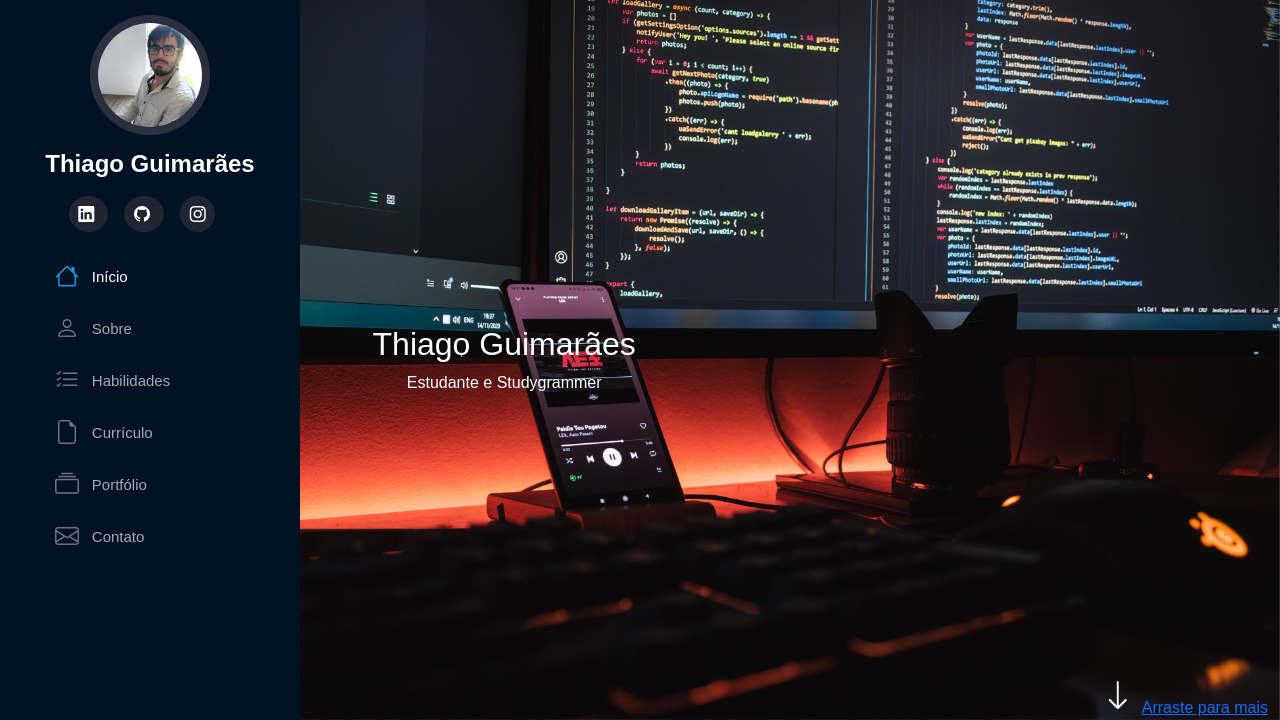
Repository: Rayago/projeto-portfolio
Page: http://localhost/
The author's editor kept a copy of each file at every save. The page is drawn from the files as they stood at one save, then again after the next save.
The browser window is 1280 px wide. The pictures show the whole page.
Some web fonts or font styles are not loaded; a fallback is used. The page is served by the project's application, run on Flask 3 (app.py).

Above is the page before, as saved 2022-07-12 17:27:27.

### templates/index.html
<!DOCTYPE html>
<html lang="pt-br">
<head>
    <meta charset="UTF-8">
    <meta http-equiv="X-UA-Compatible" content="IE=edge">
    <meta name="viewport" content="width=device-width, initial-scale=1.0">
    <link rel="stylesheet" href="../static/bootstrap/css/bootstrap.css">
    <link rel="stylesheet" href="../static/style.css">
    <link rel="icon" type="image/png" href="../static/img">
    <link rel="stylesheet" href="https://cdn.jsdelivr.net/npm/bootstrap-icons@1.8.3/font/bootstrap-icons.css">
    <title>Thiago Guimarães</title>
</head>
<body>

    <aside id="header">
        <section class="profile">
            <img src="../static/img/meu_perfil.jpg" alt="Foto Perfil"/>
            <h1>Thiago Guimarães</h1>
            <div class="social-links mt-4 text-center">
                <a target="_blank" href="https://www.linkedin.com/in/raymundo-thiago">
                    <i class="bi bi-linkedin"></i>
                </a>
                <a target="_blank" href="https://www.github.com/Rayago">
                    <i class="bi bi-github"></i>
                </a>
                <a target="_blank" href="https://www.instagram.com/estudatech">
                    <i class="bi bi-instagram"></i>
                </a>
            </div>
        </section>

        <nav id="navbar" class="nav-menu">
            <ul class="nav flex-column">
                <li class="nav-item">
                  <a class="nav-link active" aria-current="page" href="#"><i class="bi bi-house" aria-hidden="true"></i> Início</a>
                </li>
                <li class="nav-item">
                  <a class="nav-link" href="#"><i class="bi bi-person" aria-hidden="true"></i> Sobre</a>
                </li>
                <li class="nav-item">
                  <a class="nav-link" href="#"><i class="bi bi-list-check" aria-hidden="true"></i> Habilidades</a>
                </li>
                <li class="nav-item">
                    <a class="nav-link" aria-current="page" href="#"><i class="bi bi-file-earmark" aria-hidden="true"></i> Currículo</a>
                </li>
                <li class="nav-item">
                    <a class="nav-link" href="#"><i class="bi bi-collection" aria-hidden="true"></i> Portfólio</a>
                </li>
                <li class="nav-item">
                    <a class="nav-link" href="#"><i class="bi bi-envelope" aria-hidden="true"></i> Contato</a>
                </li>
              </ul>
        </nav>

    </aside>

    <main id="main">

        <section id="inicio" class="row m-0 p-0">
            <div class="col-md-5 d-flex justify-content-center align-items-center flex-column">
                <h2 class="text-white text-shadow">Thiago Guimarães</h2>
                <span id="subtitle" class="text-white text-shadow">Estudante e Studygrammer</span>
            </div>

            <div class="col-md-7 d-flex justify-content-end align-items-end">
                <i class="bi bi-arrow-down text-white pe-2 fs-2" aria-hidden="true"></i>
                <a href="">Arraste para mais</a>
            </div>
        </section>

    </main>

    <script src="../static/bootstrap/js/bootstrap.bundle.min.js"></script>
    <script src="../static/script.js"></script>
</body>
</html>

### app.py
from flask import Flask, render_template, redirect

app = Flask(__name__)

@app.route('/')
def index():
    return render_template('index.html')

if __name__ == '__main__':
    app.run(debug=True)

### static/style.css
@import url('https://fonts.googleapis.com/css2?family=Ubuntu:ital,wght@0,300;0,400;0,500;0,700;1,300;1,400;1,500;1,700&display=swap');

html, body {
    font-family: Ubuntu, Arial;
    width: 100%;
    height: 100%;
}

#header {
    position: fixed;
    top: 0;
    left: 0;
    bottom: 0;
    background: #021124;
    overflow-y: auto;
    width: 300px;
    transition: all ease-in-out 0.5s;
    padding: 0 15px;
    z-index: 9997;
}

#header .profile img {
    margin: 15px auto;
    display: block;
    width: 120px;
    border: 8px solid #2c2f3f;
    border-radius: 50%;
}

#header .profile h1 {
    font-size: 24px;
    margin: 0;
    padding: 0;
    font-weight: 600;
    text-align: center;
    color: white;
}

#header .profile .social-links a {
    font-size: 1rem;
    background: #212431;
    color: #fff;
    padding: 0.6rem;
    margin-right: 1rem;
    border-radius: 50%;
    transition: 0.3s;
    text-decoration: none;
}

#header .profile .social-links a:hover {
    background: #149ddd;
}

.nav-menu {
    padding: 1.5rem;
}

.nav-menu a,
.nav-menu a:focus {
    display: flex;
    align-items: center;
    color: #a8a9b4;
    transition: 0.3s;
    font-size: 15px;
}

.nav-menu a i,
.nav-menu a:focus i {
    font-size: 24px;
    padding-right: 0.8rem;
    color: #6f7180;
}

.nav-menu a:hover,
.nav-menu .active,
.nav-menu .active:focus,
.nav-menu li:hover > a {
    text-decoration: none;
    color: #fff;
}

.nav-menu a:hover i,
.nav-menu .active i,
.nav-menu .active:focus i,
.nav-menu li:hover > a i {
    color: #149ddd;
}

#main{
    margin-left: 300px;
}

section#inicio {
    background-image: url("./img/banner.jpg");
    background-repeat: no-repeat;
    background-size: cover;
    background-attachment: fixed;
    background-position: center;

    width: 100%;
    height: 100vh;
}


section#inicio h2{

}

Loaded but not shown: static/bootstrap/css/bootstrap.css (library); static/bootstrap/js/bootstrap.bundle.min.js (library); static/script.js (no stored copy; drawn as an empty file)

After the next save:
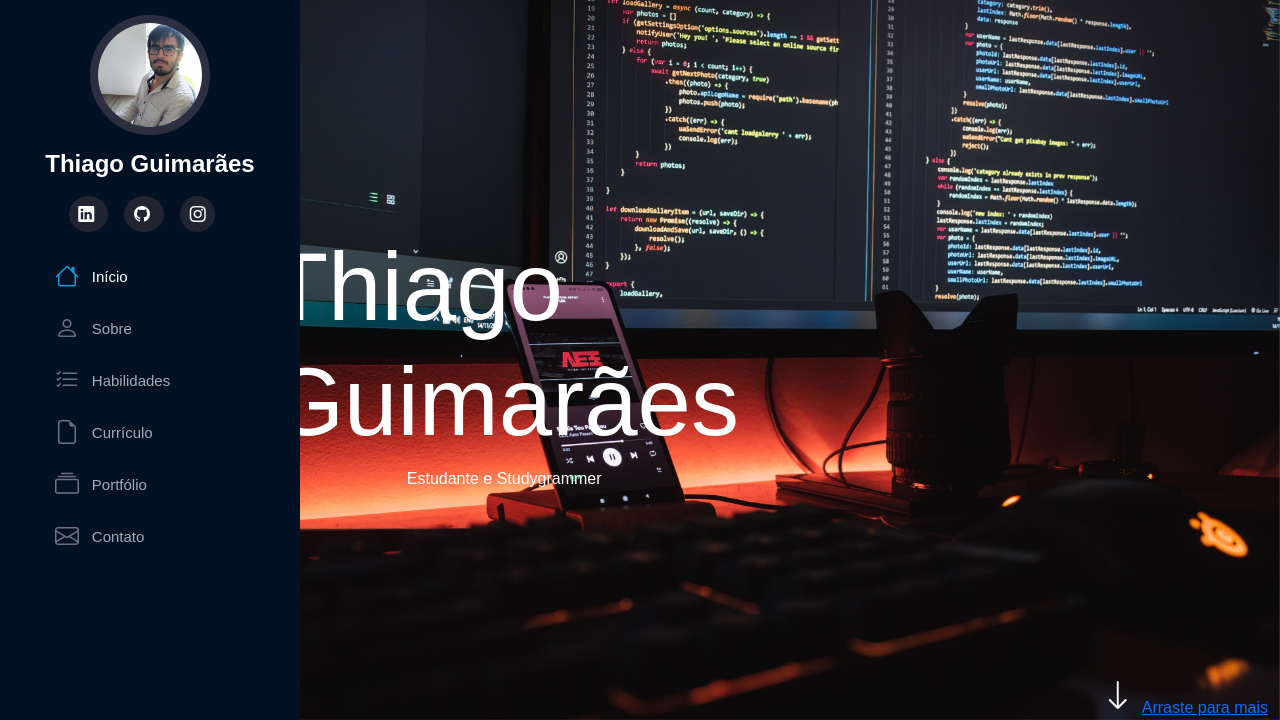
Saved 12 s later.
--- a/static/style.css
+++ b/static/style.css
@@ -103,5 +103,5 @@ section#inicio {
 
 
 section#inicio h2{
-
+    font-size: 6rem;
 }
